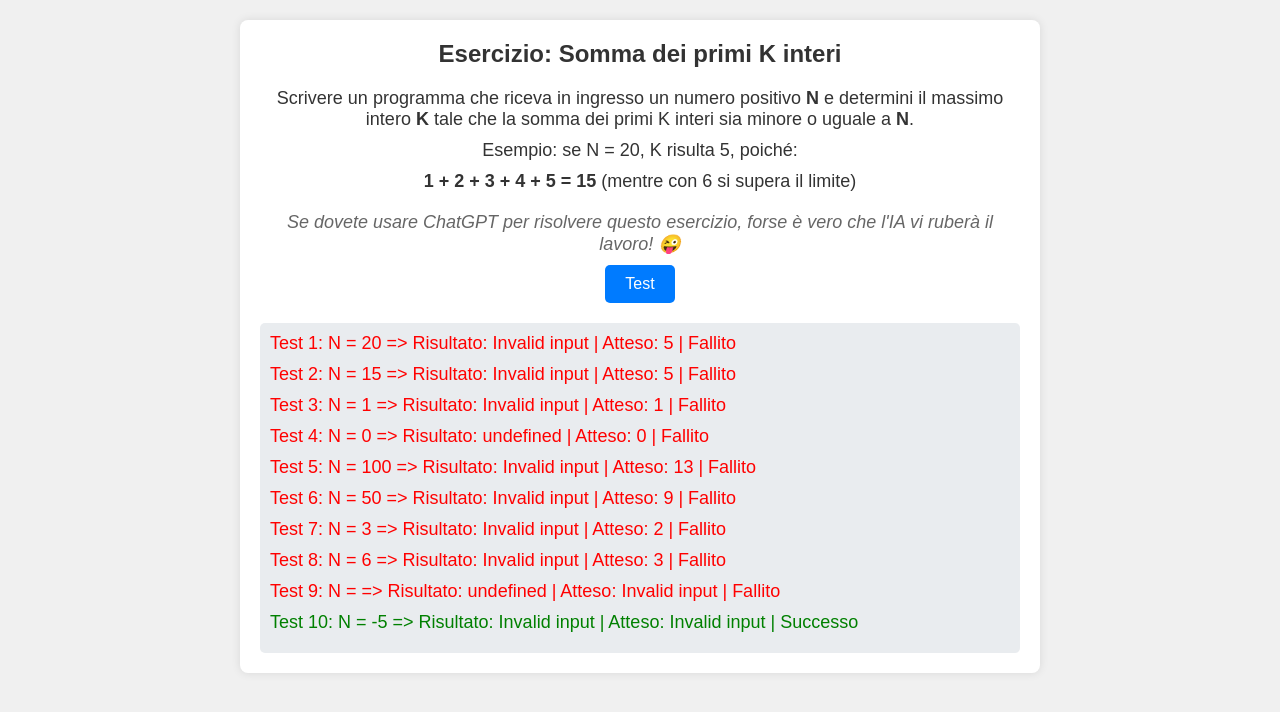
Repository: JoseManuel-Feliz/merenda1
Page: index.html
These files come from the project's save history. The page is drawn as it stood at one moment and after the next save; the edit follows.
The browser window is 1280 px wide. The pictures show the whole page.
After loading, the first visible `#run-tests` was clicked once.

Above is the page before, as saved 2024-10-01 16:54:47.

After the next save:
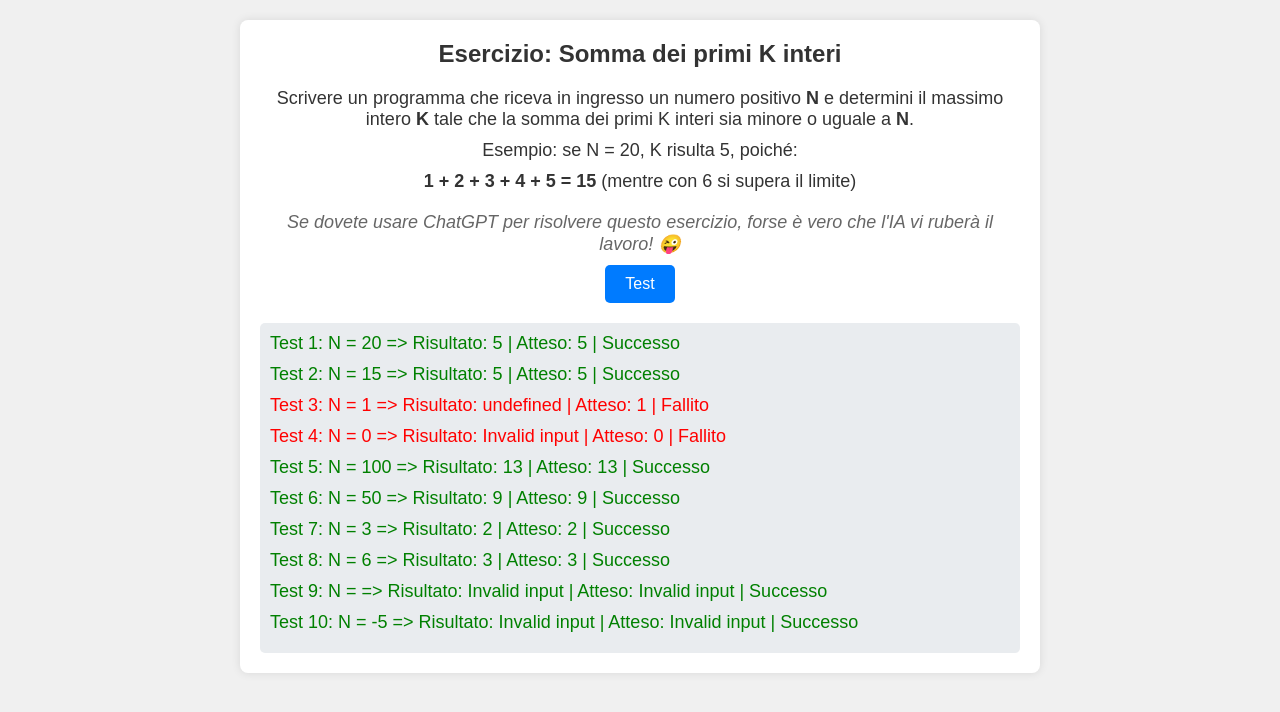
Saved 21 s later.
--- a/merenda.js
+++ b/merenda.js
@@ -2,7 +2,7 @@ function sommaInteri(N) {
     let somma = 0;
     let count = 0;
 
-    if (N < 0 || N) {
+    if (N < 0 || !N) {
         return 'Invalid input';
     }
     for (let i = 1; i <= N; i++) {
